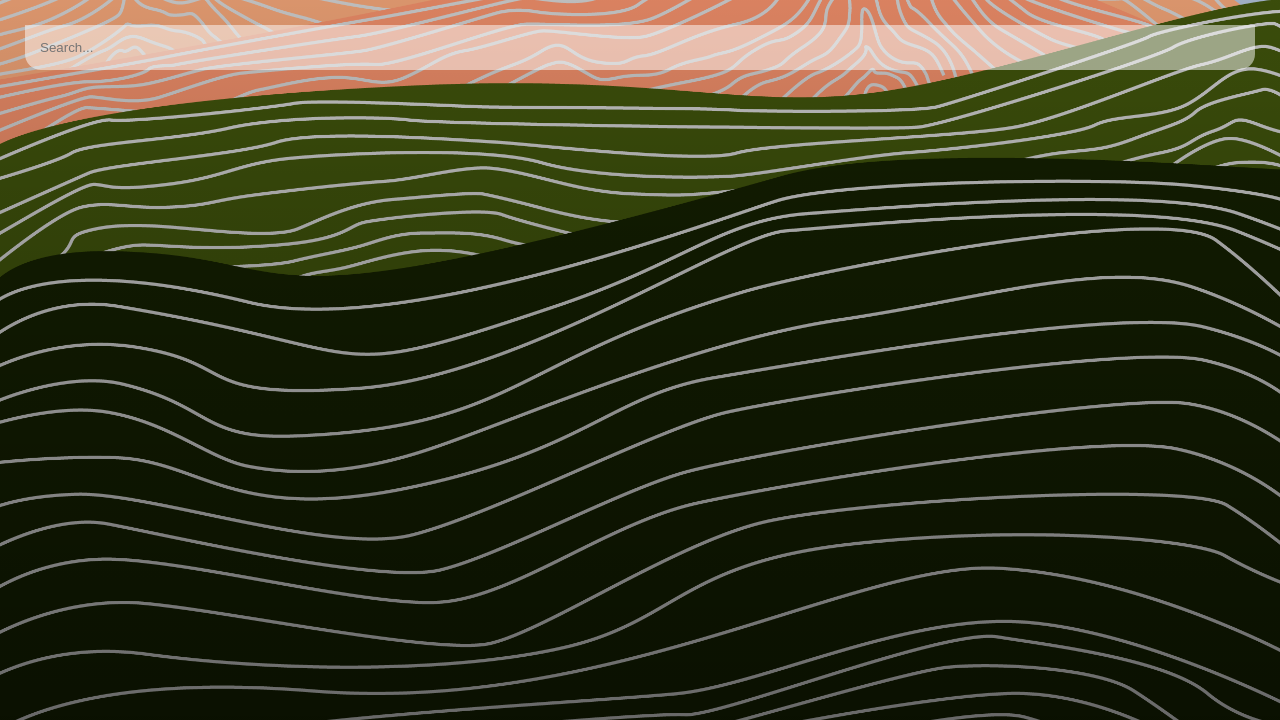
Repository: burntaftermint/weather
Page: /
The author's editor kept a copy of each file at every save. The page is drawn from the files as they stood at one save, then again after the next save.
The browser window is 1280 px wide. The pictures show the whole page.
The project was rebuilt for these pictures with package versions that can differ from the ones it lists, and the page was loaded fresh each time.

Above is the page before, as saved 2023-11-02 04:38:33.

After the next save:
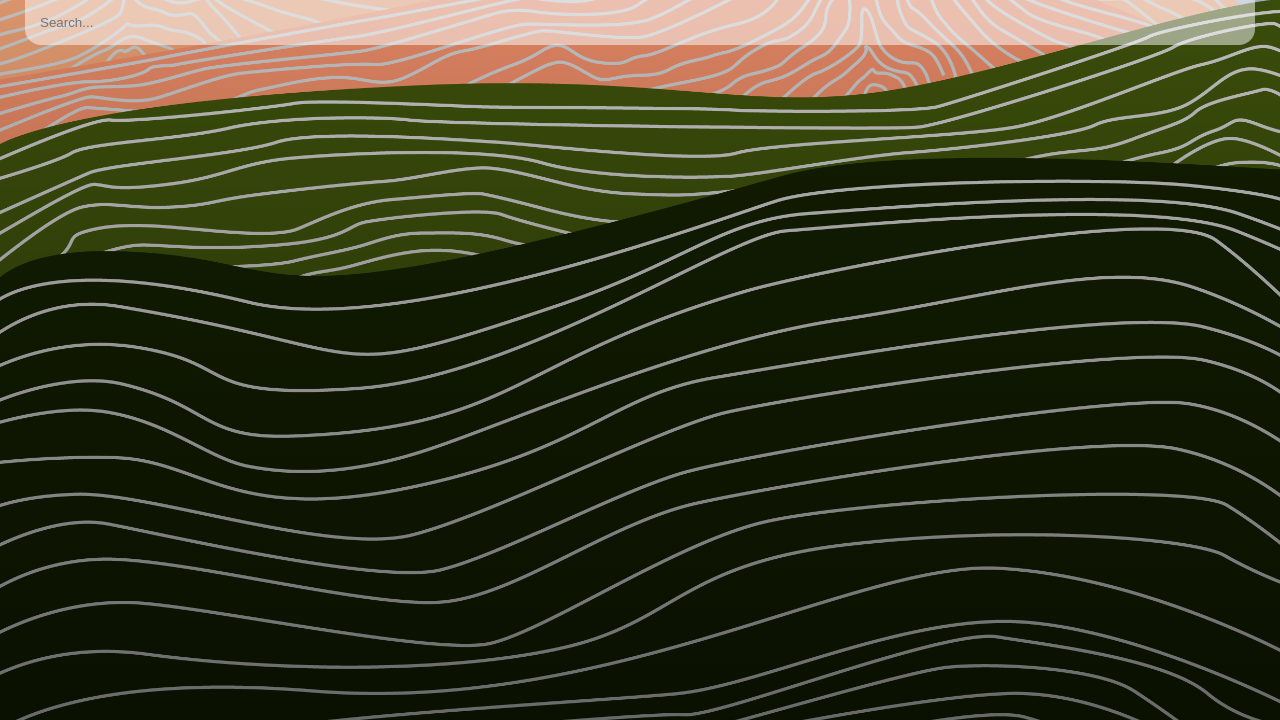
Saved 19 s later.
--- a/src/index.css
+++ b/src/index.css
@@ -42,4 +42,5 @@ main {
 
   background-color: rgba(255, 255, 255, 0.5);
   border-radius: 0px 0px 16px 16px;
+  margin-top: -25px;
 }
